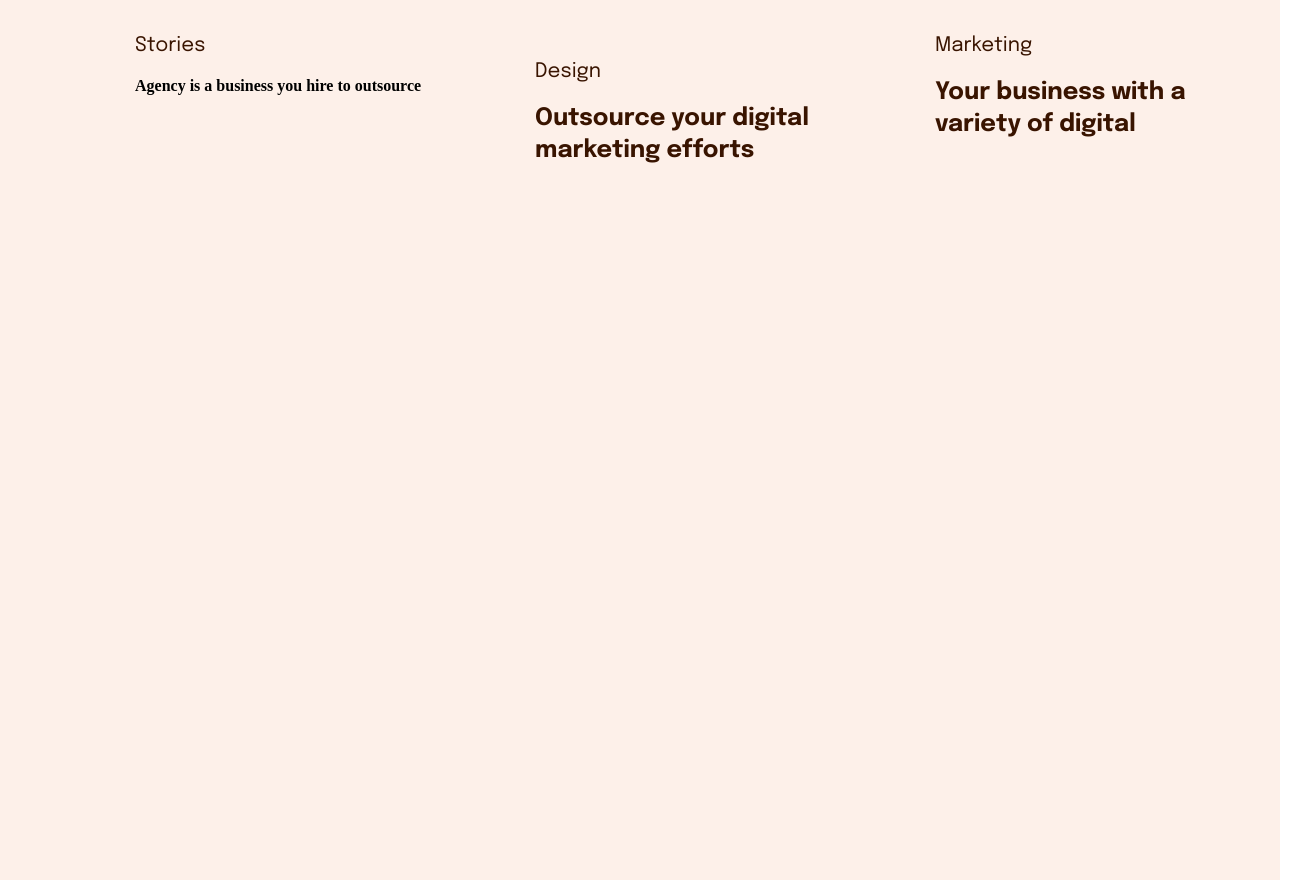
Repository: cesurrustemov/task5
Page: index.html
The author's editor kept a copy of each file at every save. The page is drawn from the files as they stood at one save, then again after the next save.
The browser window is 1280 px wide. The page is 1305 px wide, so the pictures cover 1305 px, including what lies to the right of the window. The pictures show the part of the page from y = 560 to 1440 px (the page is 1440 px tall).

Above is the page before, as saved 2023-12-23 17:14:38.

### index.html
<!DOCTYPE html>
<html lang="en">
<head>
    <meta charset="UTF-8" />
    <meta name="viewport" content="width=device-width, initial-scale=1.0" />
    <title>Document</title>
    <link rel="stylesheet" href="index.css" />
</head>
<body>
    <div class="container">
        <h1>Our Blog</h1>
        <h2>Latest Blog Articles</h2>
        <div class="text-container">
            <div class="photo1">
                <img class="img1" src="https://static.vecteezy.com/vite/assets/photo-masthead-375-b8ae1548.webp"
                    alt="Discover All" />
                <h3 >Stories</h3>
                <h4 >Agency is a business you hire to outsource</h4>
            </div>
            <div class="photo2">
                <img class="img2"
                    src="https://images.pexels.com/photos/1557652/pexels-photo-1557652.jpeg?auto=compress&cs=tinysrgb&dpr=1&w=500"
                    alt="" />
                <h3 class="h2">Design</h3>
                <h4 class="f2">Outsource your digital marketing efforts</h4>
            </div>
            <div class="photo3">
                <img class="img3"
                    src="https://img.freepik.com/free-photo/painting-mountain-lake-with-mountain-background_188544-9126.jpg"
                    alt="" />
                <h3 class="h3">Marketing</h3>
                <h4 class="f3">Your business with a variety of digital</h4>
            </div>
        </div>
    </div>
</body>

</html>

### index.css
@import url('https://fonts.googleapis.com/css2?family=Epilogue:wght@400;700;800&display=swap');
* {
    margin: 0;
    padding: 0;
    box-sizing: border-box;
}
.container{
    padding: 112px 135px 68px 135px;
    background: #FDF0E9;
    min-height: 200vh;
}
h1 {
    /* margin-left: 135px; */
    color: var(--Text_Dark_Accent, #EF6D58);
    font-feature-settings: 'clig' off, 'liga' off;
    font-family: Epilogue;
    font-size: 16px;
    font-style: normal;
    font-weight: 400;
    line-height: 32px;
    letter-spacing: 3px;
    text-transform: uppercase;
}

h2 {
    width: 318px;
    margin-bottom: 64px;
    color: var(--Text_Dark, #391400);
    font-feature-settings: 'clig' off, 'liga' off;
    font-family: Epilogue;
    font-size: 56px;
    font-style: normal;
    font-weight: 800;
    line-height: 64px;
    letter-spacing: -1px;
}

.text-container {
    display: flex;
}
.photo1 {
    /* margin-left: 135px; */
}

.img1 {
    width: 370px;
    height: 224px;
    border-radius: 6px;
    background: #5C2000;
}

h3 {
    margin-bottom: 15px;
    color: var(--Text_Dark, #391400);
    font-feature-settings: 'clig' off, 'liga' off;
    margin-top: 26px;
    font-family: Epilogue;
    font-size: 20px;
    font-style: normal;
    font-weight: 400;
    line-height: 32px;
}

.f1 {
    color: var(--Text_Dark, #391400);
    font-feature-settings: 'clig' off, 'liga' off;
    width: 338px;
    height: 68px;
    flex-shrink: 0;
    font-family: Epilogue;
    font-size: 24px;
    font-style: normal;
    font-weight: 700;
    line-height: 32px;
}

.photo2 {
    margin-left: 30px;
}

.img2 {
    margin-bottom: 26px;
    width: 370px;
    height: 224px;
    flex-shrink: 0;
    border-radius: 6px;
    background: #5C2000;
}

.h2 {
    margin-bottom: 15px;
    color: var(--Text_Dark, #391400);
    font-feature-settings: 'clig' off, 'liga' off;

    font-family: Epilogue;
    font-size: 20px;
    font-style: normal;
    font-weight: 400;
    line-height: 32px;
}

.f2 {
    width: 338px;
    height: 68px;
    flex-shrink: 0;
    color: var(--Text_Dark, #391400);
    font-feature-settings: 'clig' off, 'liga' off;


    font-family: Epilogue;
    font-size: 24px;
    font-style: normal;
    font-weight: 700;
    line-height: 32px;
}

.photo3 {
    margin-left: 30px;
}

.img3 {
    width: 370px;
    height: 224px;
    flex-shrink: 0;
    border-radius: 6px;
    background: #5C2000;
}

.h3 {
    margin-top: 26px;
    margin-bottom: 15px;
    color: var(--Text_Dark, #391400);
    font-feature-settings: 'clig' off, 'liga' off;

    font-family: Epilogue;
    font-size: 20px;
    font-style: normal;
    font-weight: 400;
    line-height: 32px;
}

.f3 {
    width: 338px;
    height: 68px;
    flex-shrink: 0;
    color: var(--Text_Dark, #391400);
    font-feature-settings: 'clig' off, 'liga' off;

    font-family: Epilogue;
    font-size: 24px;
    font-style: normal;
    font-weight: 700;
    line-height: 32px;
}

After the next save:
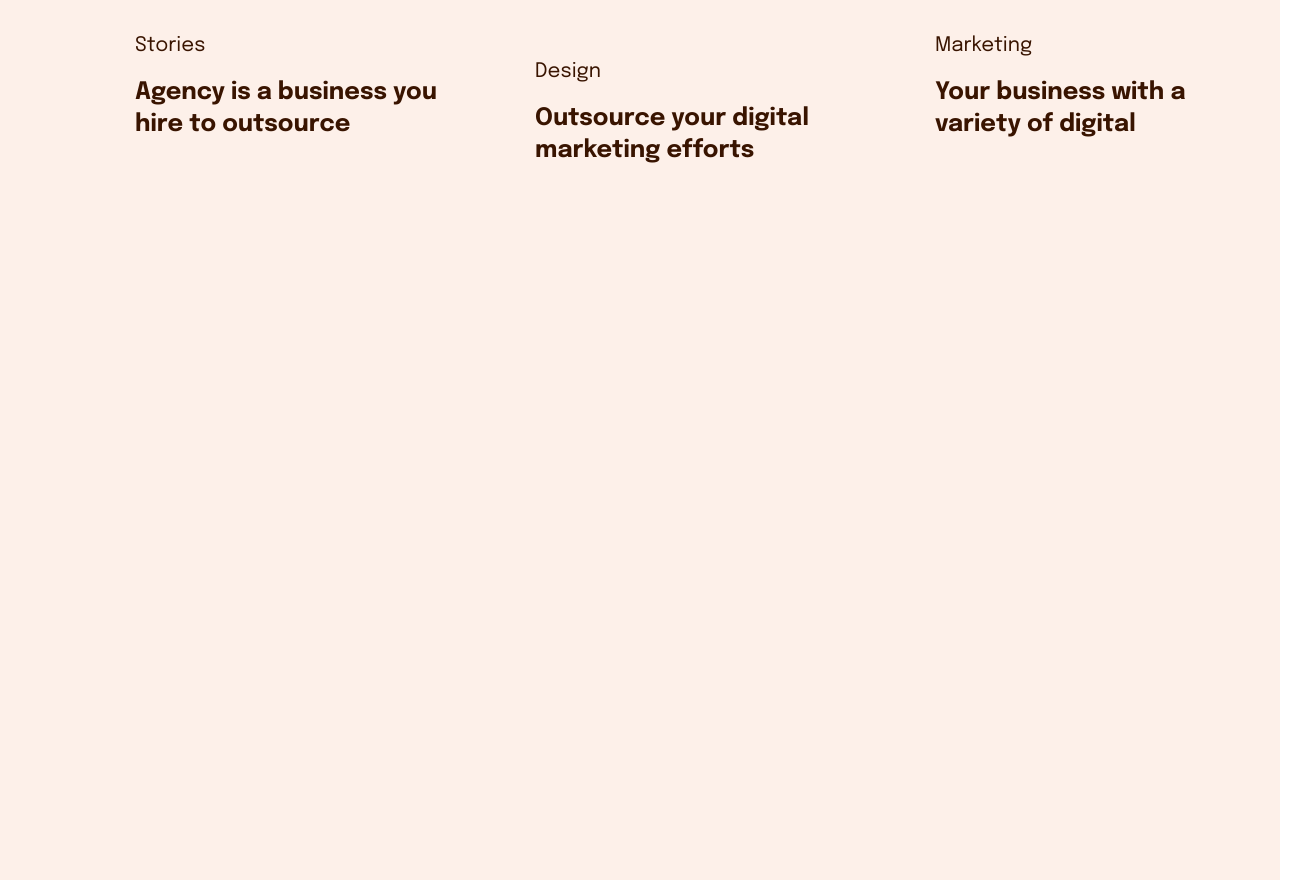
Saved 4 s later.
--- a/index.css
+++ b/index.css
@@ -61,7 +61,7 @@ h3 {
     line-height: 32px;
 }
 
-.f1 {
+h4 {
     color: var(--Text_Dark, #391400);
     font-feature-settings: 'clig' off, 'liga' off;
     width: 338px;
